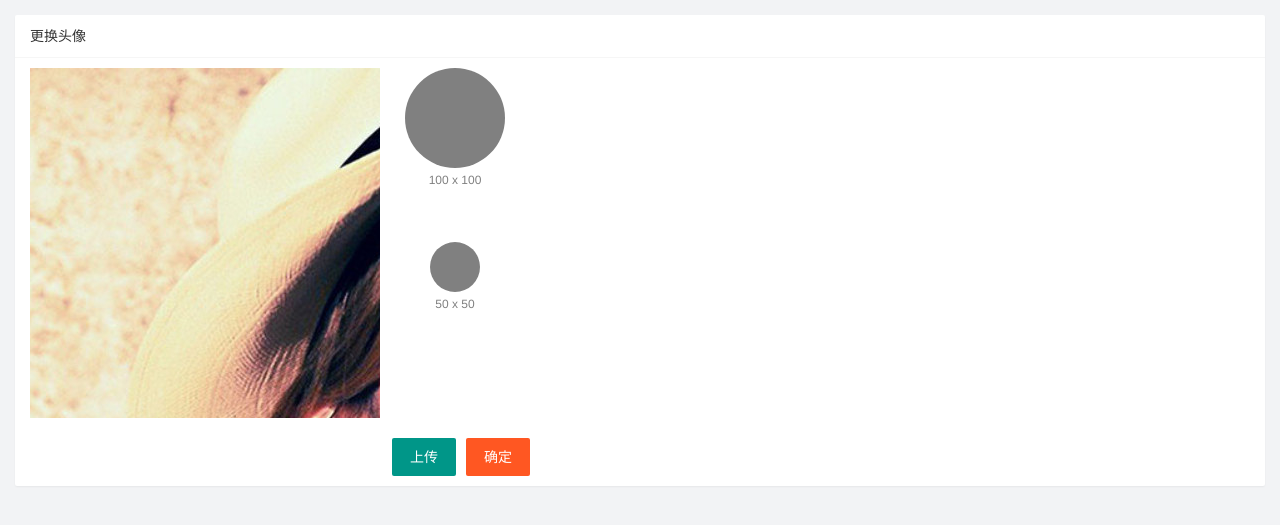
Repository: R1Deemo/Main-project
Page: user/user_avatar.html
These files come from the project's save history. The page is drawn as it stood at one moment and after the next save; the edit follows.
The browser window is 1280 px wide. The pictures show the whole page.

Above is the page before, as saved 2022-11-09 17:43:44.
Console error: SyntaxError: Unexpected token ')'

### user/user_avatar.html
<!DOCTYPE html>
<html lang="en">

<head>
    <meta charset="UTF-8">
    <meta http-equiv="X-UA-Compatible" content="IE=edge">
    <meta name="viewport" content="width=device-width, initial-scale=1.0">
    <title>Document</title>
    <link rel="stylesheet" href="/assets/lib/cropper/cropper.css">
    <link rel="stylesheet" href="/assets/lib/layui/css/layui.css">
    <link rel="stylesheet" href="/assets//css/user/user_avatar.css">
</head>

<body>
    <!-- 卡片区域 -->
    <div class="layui-card">
        <div class="layui-card-header">更换头像</div>
        <div class="layui-card-body">
            <!-- 第一行的图片裁剪和预览区域 -->
            <div class="row1">
                <!-- 图片裁剪区域 -->
                <div class="cropper-box">
                    <!-- 这个 img 标签很重要，将来会把它初始化为裁剪区域 -->
                    <img id="image" src="/assets/images/sample.jpg" />
                </div>
                <!-- 图片的预览区域 -->
                <div class="preview-box">
                    <div>
                        <!-- 宽高为 100px 的预览区域 -->
                        <div class="img-preview w100"></div>
                        <p class="size">100 x 100</p>
                    </div>
                    <div>
                        <!-- 宽高为 50px 的预览区域 -->
                        <div class="img-preview w50"></div>
                        <p class="size">50 x 50</p>
                    </div>
                </div>
            </div>

            <!-- 第二行的按钮区域 -->
            <div class="row2">
                <!-- 通过accept属性指定用户能选择什么类型的文件 -->
                <input type="file" accept="image/png,image/jpeg" id="file" />
                <button type="button" class="layui-btn" id="upload">上传</button>
                <button type="button" class="layui-btn layui-btn-danger">确定</button>
            </div>
        </div>
    </div>
    <script src="/assets/lib/jquery.js"></script>
    <script src="/assets/lib/cropper/Cropper.js"></script>
    <script src="/assets/lib/cropper/jquery-cropper.js"></script>
    <script src="/assets/js/user/user_avatar.js"></script>
    <script src="/assets/lib/layui/layui.all.js"></script>
</body>

</html>

### assets/css/user/user_avatar.css
html,
body {
    margin: 0;
    padding: 0;
}

body {
    padding: 15px;
    background-color: #f2f3f5;
}


/* 设置卡片主体区域的宽度 */

.layui-card-body {
    width: 500px;
}


/* 设置按钮行的样式 */

.row2 {
    display: flex;
    justify-content: flex-end;
    margin-top: 20px;
}


/* 设置裁剪区域的样式 */

.cropper-box {
    width: 350px;
    height: 350px;
    background-color: cyan;
    overflow: hidden;
}


/* 设置第一个预览区域的样式 */

.w100 {
    width: 100px;
    height: 100px;
    background-color: gray;
}


/* 设置第二个预览区域的样式 */

.w50 {
    width: 50px;
    height: 50px;
    background-color: gray;
    margin-top: 50px;
}


/* 设置预览区域下方文本的样式 */

.size {
    font-size: 12px;
    color: gray;
    text-align: center;
}


/* 设置图片行的样式 */

.row1 {
    display: flex;
}


/* 设置 preview-box 区域的的样式 */

.preview-box {
    display: flex;
    flex-direction: column;
    flex: 1;
    align-items: center;
}


/* 设置 img-preview 区域的样式 */

.img-preview {
    overflow: hidden;
    border-radius: 50%;
}

#file {
    display: none;
}

### assets/js/user/user_avatar.js
$(function() {
    var layer = layui.layer

    // 1.1 获取裁剪区域的 DOM 元素
    var $image = $('#image')
        // 1.2 配置选项
    const options = {
        // 纵横比
        aspectRatio: 1,
        // 指定预览区域
        preview: '.img-preview'
    }

    // 1.3 创建裁剪区域
    $image.cropper(options)


    //文件上传
    $('#upload').on('click', function() {
            $('#file').click()
        })
        // 为文件选择框绑定change事件
    $('#file').on('change', function(e) {
        var filelist = e.target.files
            // console.log(filelist)
        if ()
    })



})

Loaded but not shown: assets/lib/cropper/cropper.css (library); assets/lib/layui/css/layui.css (library); assets/lib/jquery.js (library); assets/lib/cropper/Cropper.js (library); assets/lib/cropper/jquery-cropper.js (common file); assets/lib/layui/layui.all.js (library); assets/lib/layui/css/modules/laydate/default/laydate.css (library); assets/lib/layui/css/modules/layer/default/layer.css (library); assets/lib/layui/css/modules/code.css (common file)

After the next save:
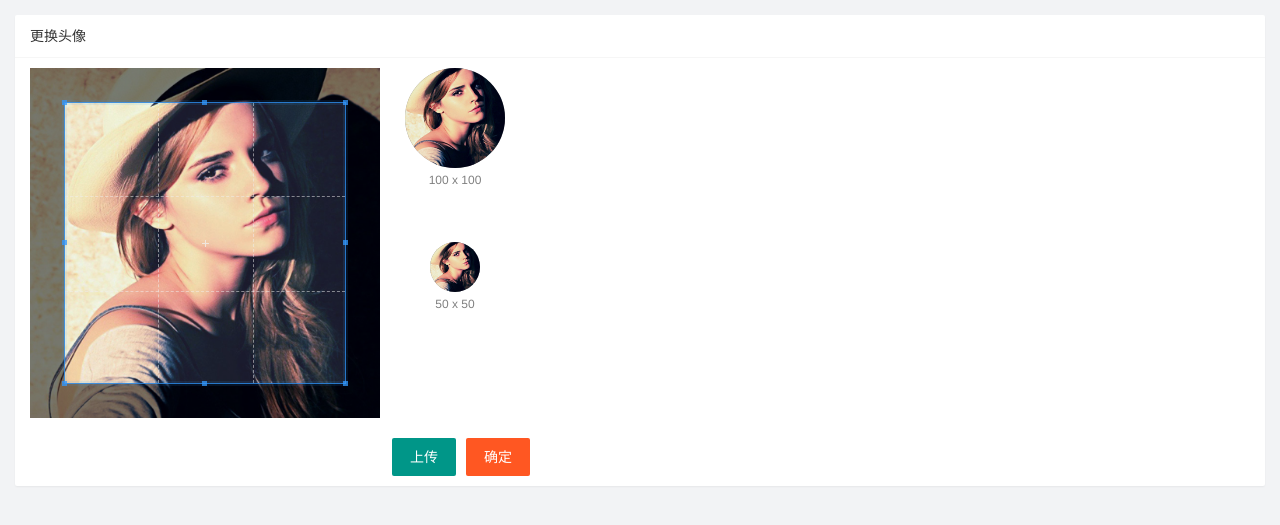
The error is gone.
Saved 38 s later.
--- a/assets/js/user/user_avatar.js
+++ b/assets/js/user/user_avatar.js
@@ -23,7 +23,9 @@ $(function() {
     $('#file').on('change', function(e) {
         var filelist = e.target.files
             // console.log(filelist)
-        if ()
+        if (filelist.length === 0) {
+            return layer.msg('请选择照片')
+        }
     })
 
 
